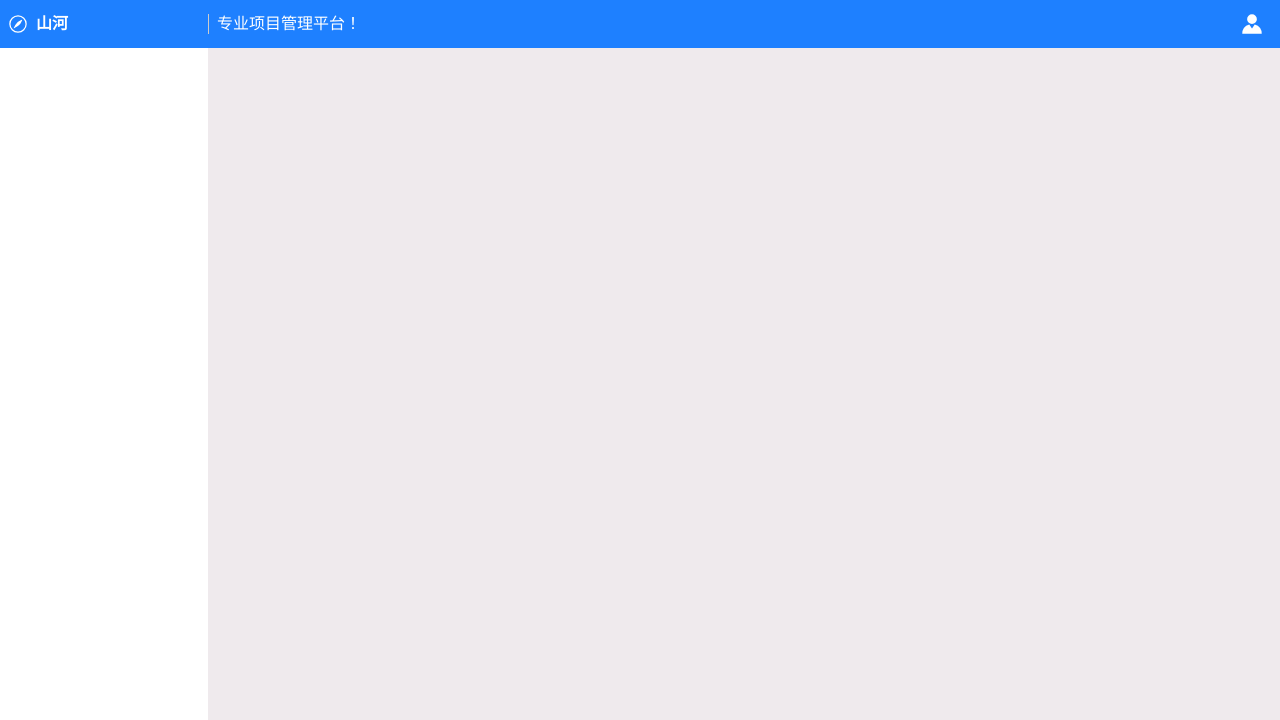
Repository: lucky-LoL735/lois
Page: / (app in vue3-project/)
An editor plug-in stored every save of this project. The page is shown before and after the next save, followed by the edit.
The browser window is 1280 px wide. The pictures show the whole page.
The project was rebuilt for these pictures with package versions that can differ from the ones it lists, and the page was loaded fresh each time. Also part of the build but not shown: vue3-project/vue.config.js.

Above is the page before, as saved 2022-11-25 10:20:37.

After the next save:
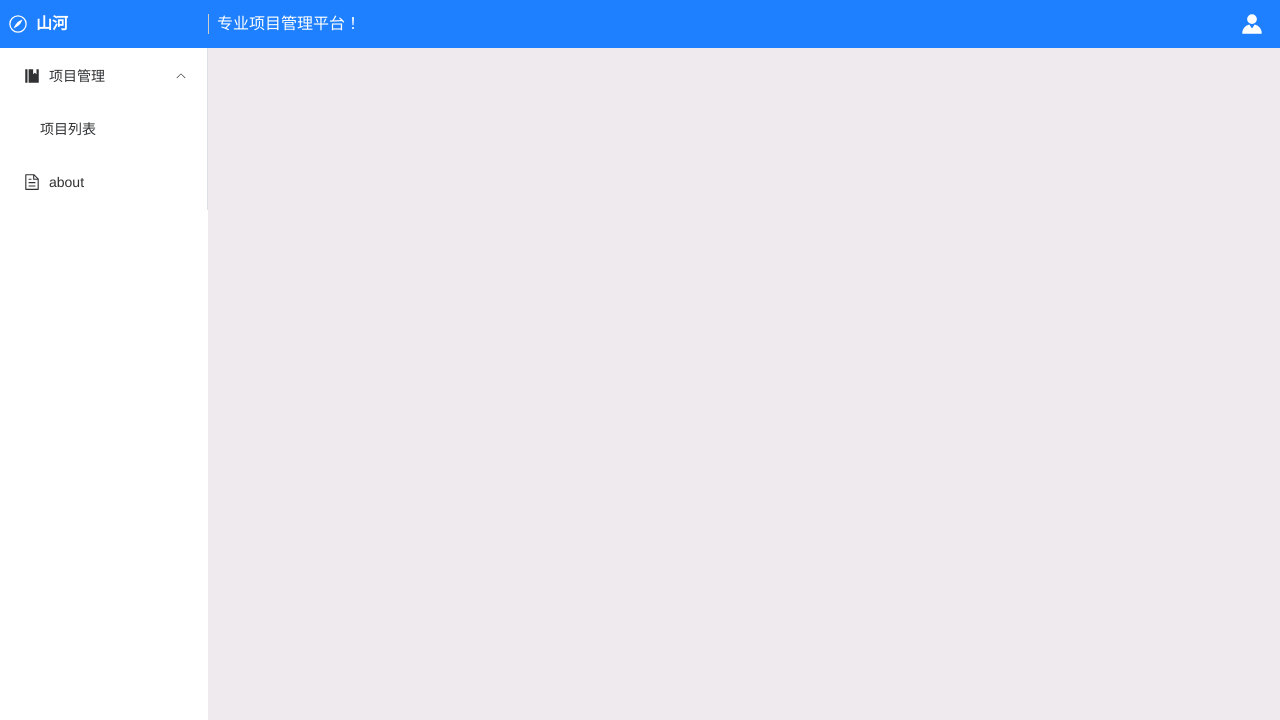
Saved 3 min 41 s later.
--- a/vue3-project/src/App.vue
+++ b/vue3-project/src/App.vue
@@ -25,6 +25,29 @@
     </header>
     <!-- 左侧导航 -->
     <aside class="nav">
+      <el-menu :default-openeds="['/']" :default-active="$route.path" router class="el-menu-vertical-demo"
+        >
+        <template v-for="item in $router.options.routes" :key="item.name">
+          <el-sub-menu :index="item.path" v-if="item.children && item.children.length > 0">
+            <template #title>
+              <el-icon>
+                <component :is="item.icon"></component>
+              </el-icon>
+              <span>{{ item.name }}</span>
+            </template>
+            <template v-for="child in item.children" :key="child.name">
+              <el-menu-item :index="child.path">
+                {{ child.name }}</el-menu-item>
+            </template>
+          </el-sub-menu>
+          <el-menu-item :index="item.path" v-else>
+            <el-icon>
+              <document />
+            </el-icon>
+            <template #title>{{ item.name }}</template>
+          </el-menu-item>
+        </template>
+      </el-menu>
     </aside>
   </div>
 </template>
